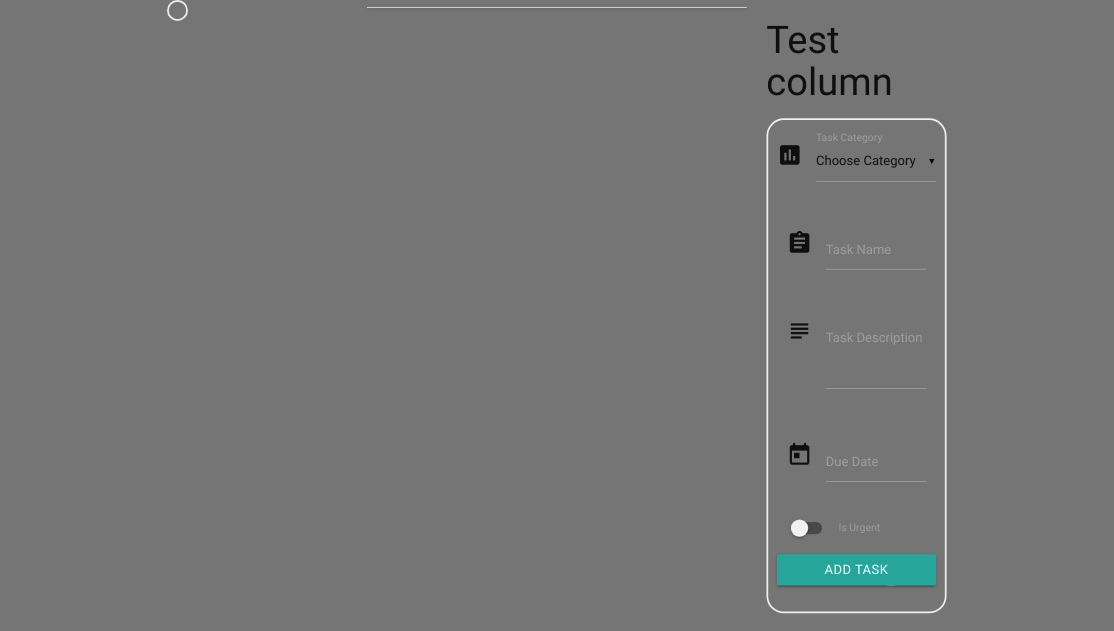
Repository: teetsjeremy/dcProject
Page: http://localhost/
The author's editor kept a record of every edit. The page is drawn from the files as they stood at one moment, then again after the next edit.
The browser window is 1280 px wide. The pictures show the whole page, at 87% of full size.
Some web libraries are served in a nearby version. The page is served by the project's application, run on Flask 3 (app.py). Queries for data that is not in the repository find no rows.

Above is the page before.

After the next edit:
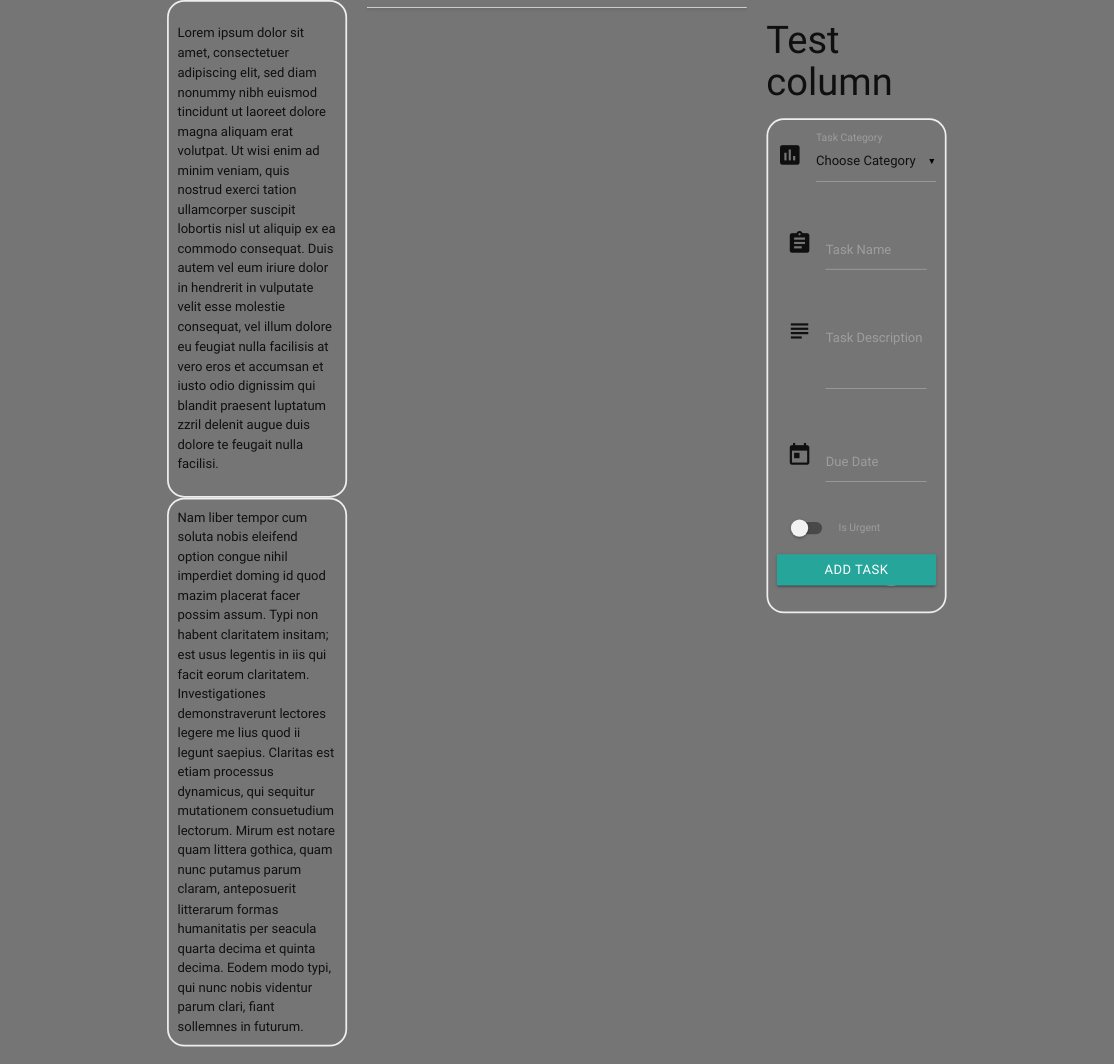
The edit:
--- a/templates/main.html
+++ b/templates/main.html
@@ -4,7 +4,29 @@
 <div class="row">
     <div class="col s3">
         <div class="left">
-
+            <p>Lorem ipsum dolor sit amet, consectetuer adipiscing elit,
+            sed diam nonummy nibh euismod tincidunt ut laoreet dolore
+            magna aliquam erat volutpat. Ut wisi enim ad minim veniam,
+            quis nostrud exerci tation ullamcorper suscipit lobortis nisl
+            ut aliquip ex ea commodo consequat. Duis autem vel eum iriure
+            dolor in hendrerit in vulputate velit esse molestie consequat,
+            vel illum dolore eu feugiat nulla facilisis at vero eros et
+            accumsan et iusto odio dignissim qui blandit praesent luptatum
+            zzril delenit augue duis dolore te feugait nulla facilisi.
+            </p>
+        </div>
+        <div class="left">
+            Nam liber tempor cum soluta nobis eleifend option congue
+            nihil imperdiet doming id quod mazim placerat facer possim
+            assum. Typi non habent claritatem insitam; est usus legentis
+            in iis qui facit eorum claritatem. Investigationes
+            demonstraverunt lectores legere me lius quod ii legunt saepius.
+            Claritas est etiam processus dynamicus, qui sequitur mutationem
+            consuetudium lectorum. Mirum est notare quam littera gothica,
+            quam nunc putamus parum claram, anteposuerit litterarum formas
+            humanitatis per seacula quarta decima et quinta decima. Eodem
+            modo typi, qui nunc nobis videntur parum clari, fiant sollemnes
+            in futurum.
         </div>
     </div>
     <div class="col s6">
